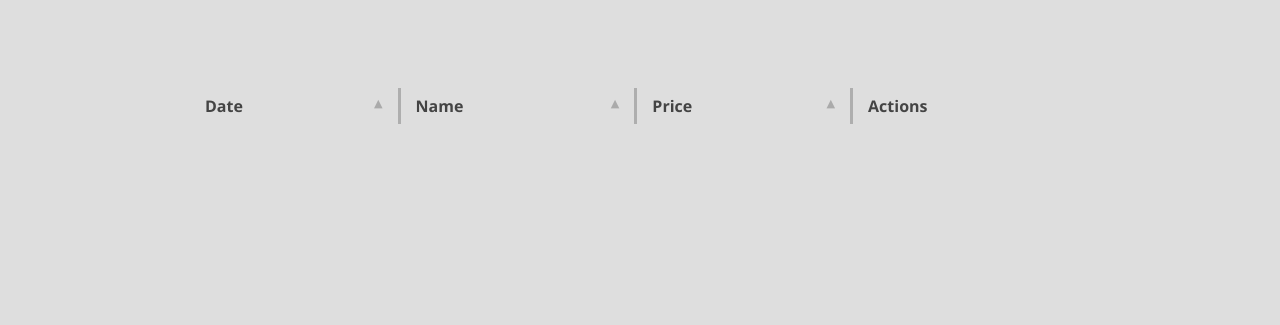
Repository: orendzi/storetask
Page: index.html
The author's editor kept a record of every edit. The page is drawn from the files as they stood at one moment, then again after the next edit.
The browser window is 1280 px wide. The pictures show the whole page.
Some web libraries are served in a nearby version.

Above is the page before.
Console error: ReferenceError: extend is not defined

After the next edit:
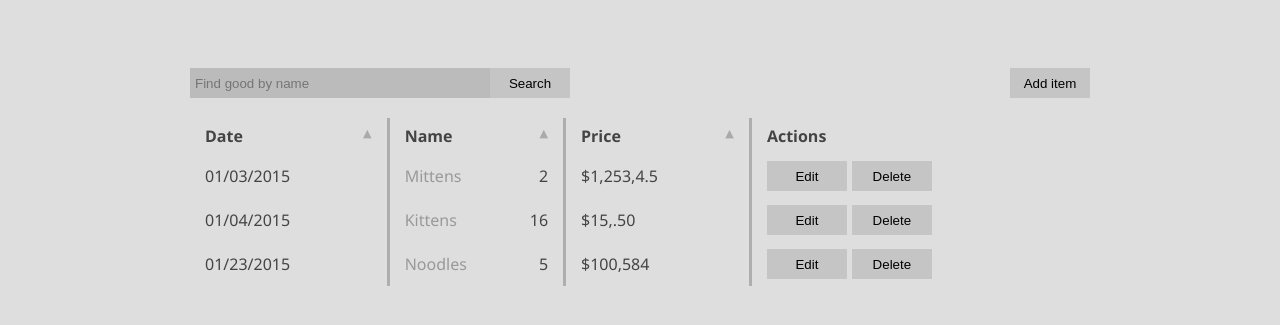
The error is gone.
The edit:
--- a/js/views/filter.js
+++ b/js/views/filter.js
@@ -1,4 +1,4 @@
-extend(jqList, 'jqList.views');
+jqList.extend(jqList, 'jqList.views');
 
 jqList.views.Filter = (function($) {
     return function() {
